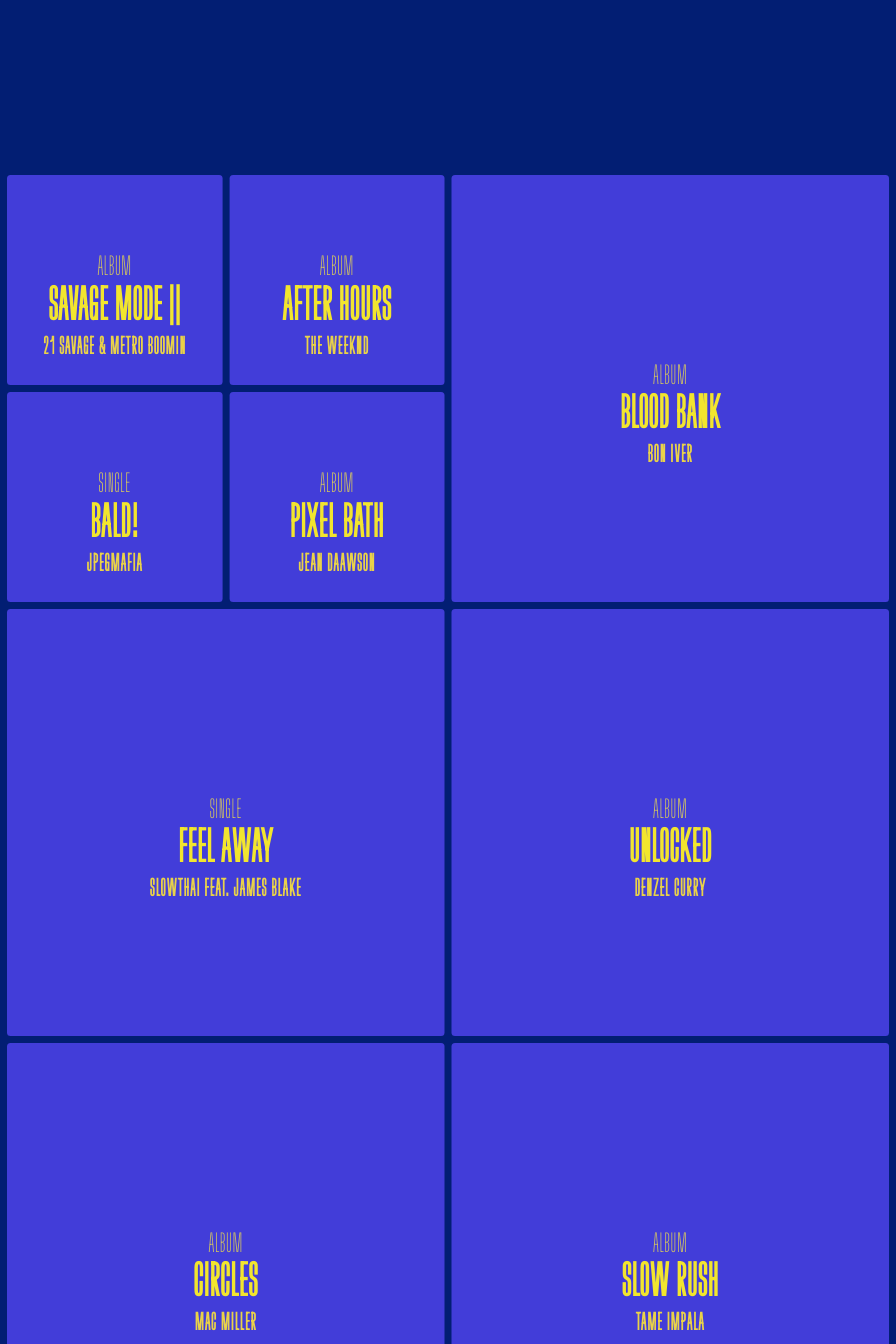
Repository: Spreceriany/musicly2020
Page: /
The author's editor kept a copy of each file at every save. The page is drawn from the files as they stood at one save, then again after the next save.
The browser window is 1280 px wide. The pictures show the part of the page from y = 480 to 2400 px (the page is 6345 px tall), at 70% of full size.
Backgrounds fixed to the window are drawn as part of the page. The project was rebuilt for these pictures with package versions that can differ from the ones it lists, and the page was loaded fresh each time.

Above is the page before, as saved 2021-01-16 16:15:25.
Console error: ReferenceError: Blazy is not defined

After the next save:
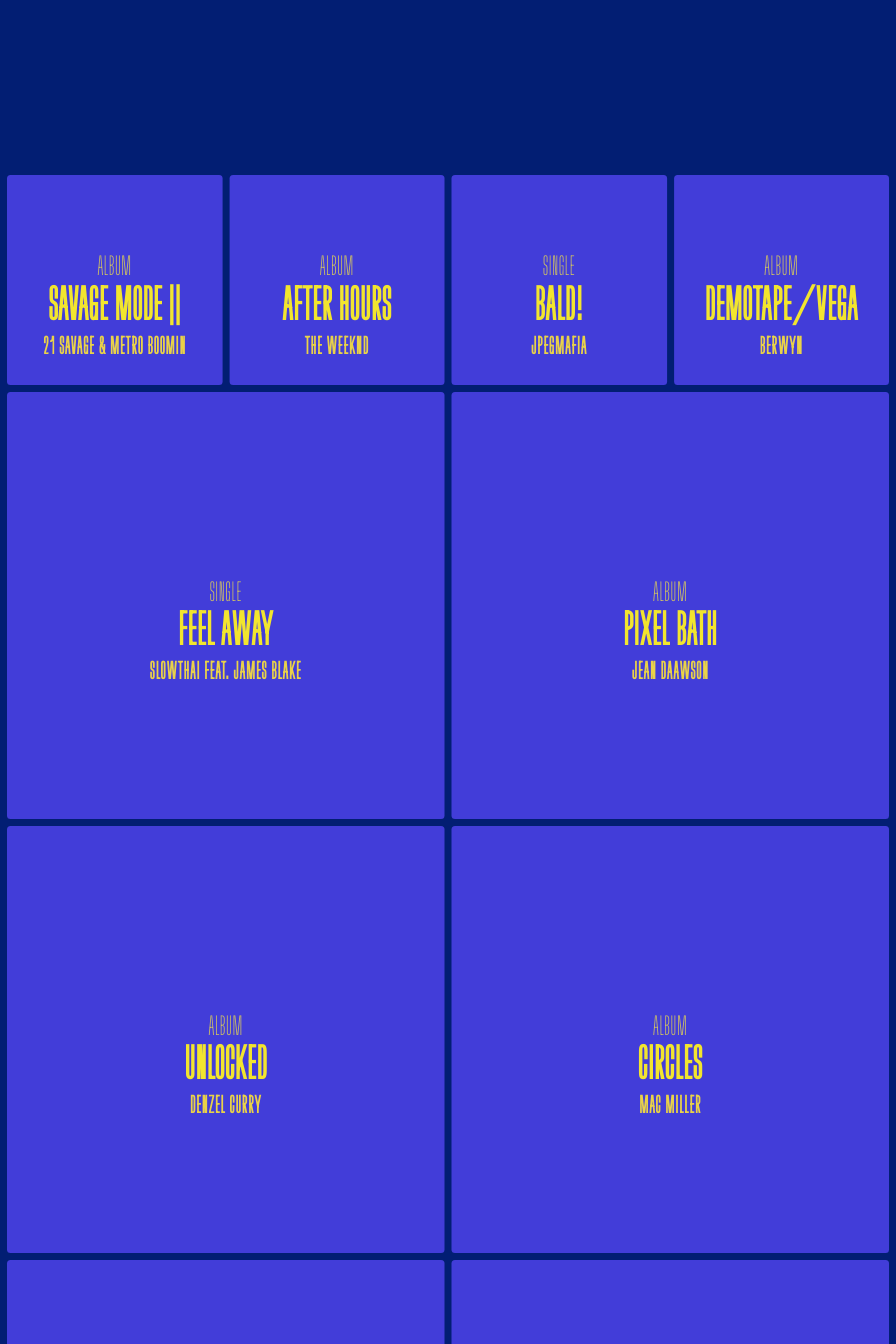
Saved 3 min 55 s later.
--- a/index.html
+++ b/index.html
@@ -53,32 +53,19 @@
     </div>
     <div class="grid-item grid-item-2 ">
       <div class="image-container data-tilt-glare ">
-        <a href="">
+        <a href="https://open.spotify.com/album/4yP0hdKOZPNshxUOjY0cZj">
         <img data-src="img/Weekend-After-Hours-p.jpg" alt="image" class="b-lazy">
       </a>
       </div>
       <div class="album-disc">
-        <a href="">
+        <a href="https://open.spotify.com/album/4yP0hdKOZPNshxUOjY0cZj">
         <p>Album</p>
         <h2>After Hours</h2>
         <h3>The Weeknd</h3>
       </a>
       </div>
     </div>
-    <div class="grid-item span-2 grid-item-3">
-      <div class="image-container ">
-        <a href="">
-        <img data-src="img/bon-iver.jpg"  class="b-lazy" alt="image" >
-      </a>
-      </div>
-      <div class="album-disc">
-        <a href=""></a>
-        <p>Album</p>
-        <h2>Blood Bank</h2>
-        <h3>Bon Iver</h3>
-      </a>
-      </div>
-    </div>
+
     <div class="grid-item grid-item-4">
       <div class="image-container">
         <a href="">
@@ -107,7 +94,7 @@
       </a>
       </div>
     </div>
-    <div class="grid-item grid-item-6">
+    <div class="grid-item span-2 grid-item-6">
       <div class="image-container">
         <a href="">
         <img data-src="img/dawson.jpg" class="b-lazy"  alt="image" >
